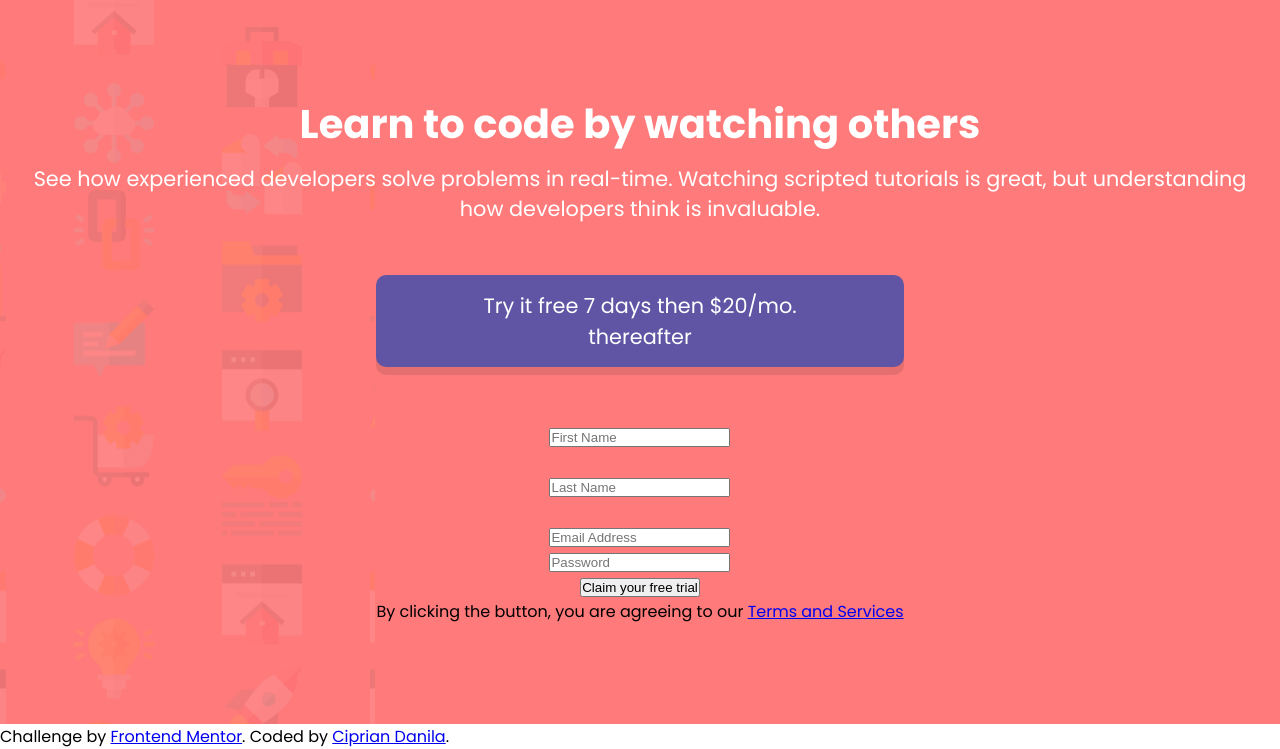
Repository: cipdanila/intro-component-with-sign-up-form
Page: index.html
The author's editor kept a copy of each file at every save. The page is drawn from the files as they stood at one save, then again after the next save.
The browser window is 1280 px wide. The pictures show the whole page.

Above is the page before, as saved 2024-02-14 20:29:24.

After the next save:
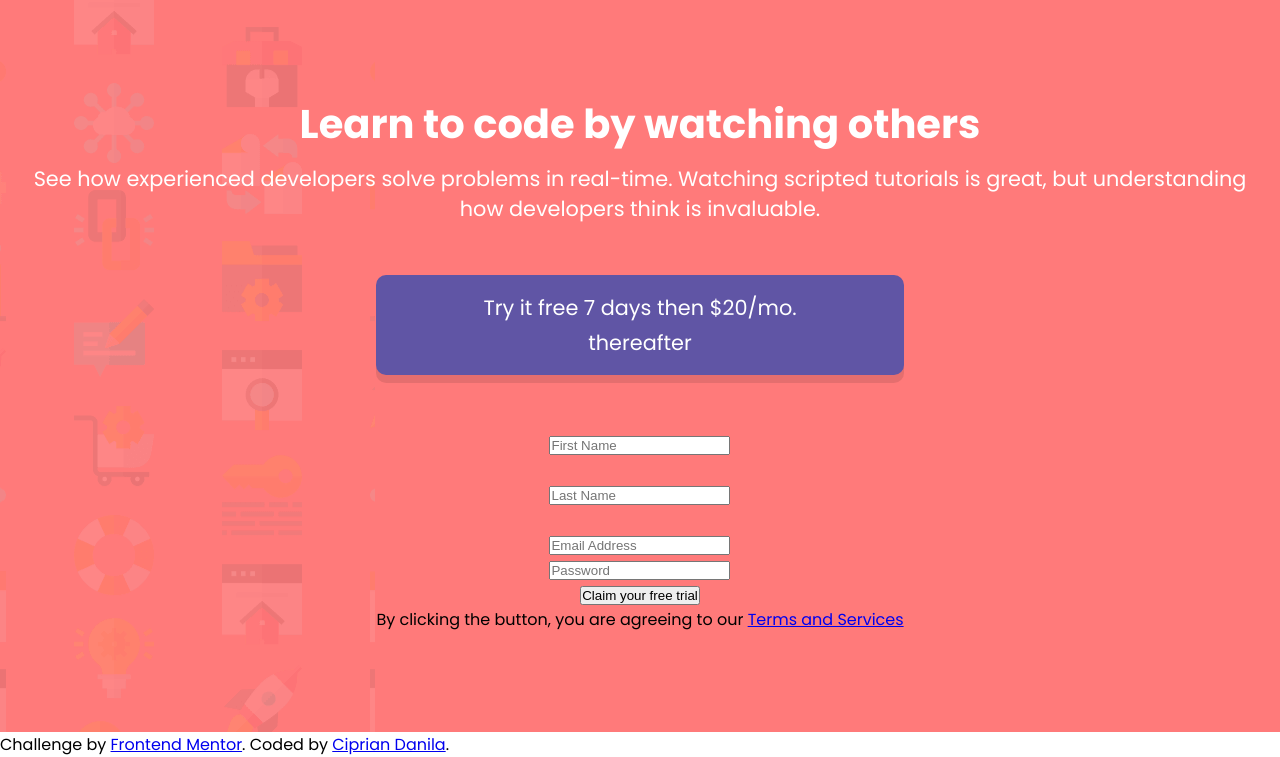
Saved 8 s later.
--- a/css/styles.css
+++ b/css/styles.css
@@ -92,6 +92,7 @@
 
 .form-container .top-box p {
     font-size: 1.3rem;
+    line-height: 2.2rem;
 }
 
 /*
